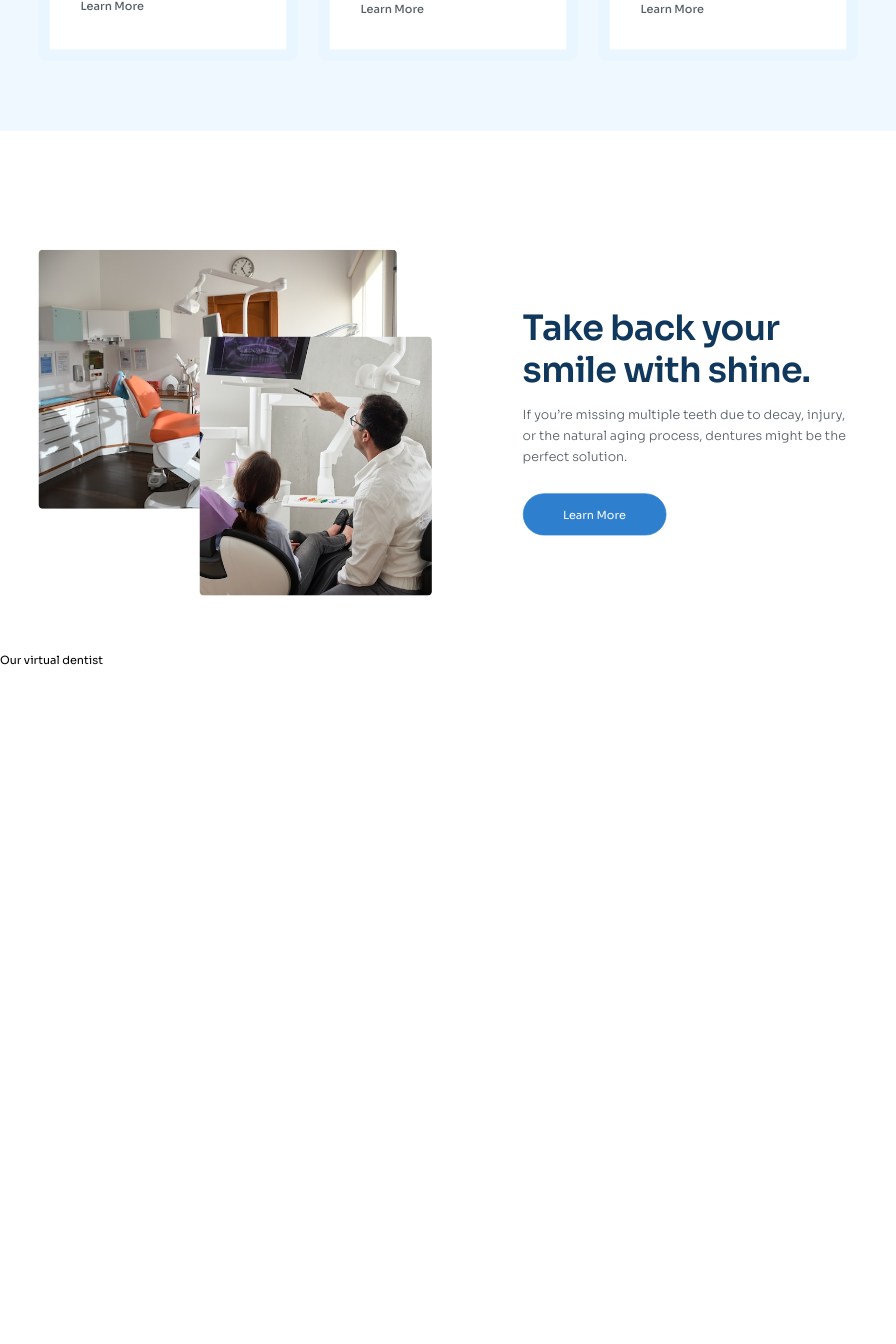
Repository: han2003dz/f8-project-03
Page: index.html
An editor plug-in stored every save of this project. The page is shown before and after the next save, followed by the edit.
The browser window is 1280 px wide. The pictures show the part of the page from y = 2517 to 4437 px (the page is 6000 px tall), at 70% of full size.

Above is the page before, as saved 2023-05-06 22:43:29.

### index.html
<!DOCTYPE html>
<html lang="en">

<head>
    <meta charset="UTF-8">
    <meta http-equiv="X-UA-Compatible" content="IE=edge">
    <meta name="viewport" content="width=device-width, initial-scale=1.0">
    <title>Shine Smile</title>
    <!-- favicon -->
    <link rel="apple-touch-icon" sizes="57x57" href="./assets/favicon/apple-icon-57x57.png">
    <link rel="apple-touch-icon" sizes="60x60" href="./assets/favicon/apple-icon-60x60.png">
    <link rel="apple-touch-icon" sizes="72x72" href="./assets/favicon/apple-icon-72x72.png">
    <link rel="apple-touch-icon" sizes="76x76" href="./assets/favicon/apple-icon-76x76.png">
    <link rel="apple-touch-icon" sizes="114x114" href="./assets/favicon/apple-icon-114x114.png">
    <link rel="apple-touch-icon" sizes="120x120" href="./assets/favicon/apple-icon-120x120.png">
    <link rel="apple-touch-icon" sizes="144x144" href="./assets/favicon/apple-icon-144x144.png">
    <link rel="apple-touch-icon" sizes="152x152" href="./assets/favicon/apple-icon-152x152.png">
    <link rel="apple-touch-icon" sizes="180x180" href="./assets/favicon/apple-icon-180x180.png">
    <link rel="icon" type="image/png" sizes="192x192" href="./assets/favicon/android-icon-192x192.png">
    <link rel="icon" type="image/png" sizes="32x32" href="./assets/favicon/favicon-32x32.png">
    <link rel="icon" type="image/png" sizes="96x96" href="./assets/favicon/favicon-96x96.png">
    <link rel="icon" type="image/png" sizes="16x16" href="./assets/favicon/favicon-16x16.png">
    <link rel="manifest" href="./assets/favicon/manifest.json">
    <meta name="msapplication-TileColor" content="#ffffff">
    <meta name="msapplication-TileImage" content="./assets/favicon/ms-icon-144x144.png">
    <meta name="theme-color" content="#ffffff">
    <!-- embed font -->
    <link rel="preconnect" href="https://fonts.googleapis.com">
    <link rel="preconnect" href="https://fonts.gstatic.com" crossorigin>
    <link href="https://fonts.googleapis.com/css2?family=Sora:wght@300;400;500;600;700&display=swap" rel="stylesheet">
    <!-- my css -->
    <link rel="stylesheet" href="/assets/css/reset.css">
    <link rel="stylesheet" href="/assets/css/style.css">
</head>

<body style="height: 6000px;">
    <header class="header">
        <div class="container">
            <!-- nav -->
            <div class="navigation">
                <a href="#!">
                    <div class="logo">
                        <span class="logo__circle"></span>
                        <span class="logo__text">
                            <span class="logo__brand">shine</span>
                            <span class="logo__brand logo__brand--small">smile</span>
                        </span>
                    </div>
                </a>
                <nav class="navbar">
                    <ul class="nav__list">
                        <li class="nav__item">
                            <a href="#!" class="nav__link nav__link--active">Home</a>
                        </li>
                        <li class="nav__item">
                            <a href="#!" class="nav__link">Services</a>
                        </li>
                        <li class="nav__item">
                            <a href="#!" class="nav__link">About</a>
                        </li>
                        <li class="nav__item">
                            <a href="#!" class="nav__link">Doctors</a>
                        </li>
                    </ul>
                </nav>
                <!-- action -->
                <div class="header-action">
                    <a href="#!" class="header-action__login">Log In</a>
                    <button href="#!" class="header-action__sign-up btn">Sign Up</button>
                </div>
            </div>
            <!-- hero -->
            <section class="hero">
                <!-- hero content -->
                <div class="hero__content">
                    <h1 class="hero__heading">Exceptional dental care for all ages.</h1>
                    <p class="hero__desc">Exceptional dental care for all ages. Your great smile begins with a great
                        dentist.</p>
                    <div class="hero__row">
                        <a href="#!" class="btn hero__btn">Book Online</a>
                        <span class="hero__phone">or call (123) 456-7890</span>
                    </div>
                </div>
                <div class="hero__media">
                    <figure class="hero__images">
                        <img src="./assets/img/img1__hero.jpg" alt="" class="hero__img">
                        <img src="./assets/img/img2__hero.jpg" alt="" class="hero__img">
                    </figure>
                </div>

            </section>
        </div>
    </header>
    <main>
        <!-- service -->
        <div class="service">
            <div class="container">
                <h2 class="section-heading">Our services</h2>
                <p class="section-desc">Exceptional dental care for all ages. Your great smile begins with a great
                    dentist.</p>
                <div class="service__row">
                    <figure>
                        <img src="./assets/img/service-img3.jpg" alt="" class="service__img">
                    </figure>
                    <div>
                        <div class="service__list">
                            <!-- item 1 -->
                            <section class="service-item">
                                <div class="service-item__icon">
                                    <!-- icon -->
                                    <svg width="22" height="24" viewBox="0 0 22 24" fill="none"
                                        xmlns="http://www.w3.org/2000/svg">
                                        <path
                                            d="M20.3598 2.63964C17.9506 -0.556131 14.2772 -0.568132 11.2481 1.10682C11.001 1.24657 10.7219 1.31411 10.4406 1.30222C10.1592 1.29033 9.88633 1.19945 9.65105 1.03931C8.49552 0.245717 7.29036 -0.316477 5.13904 0.207462C0.623408 1.3071 0 4.90379 0 8.99816C0.0797353 12.1602 0.500857 15.3032 1.25551 18.3683C2.11836 22.0168 3.90382 24 5.43354 24C6.96326 24 7.00963 22.2204 7.00963 20.8016C7.00963 19.2009 7.39505 14.8009 10.8642 14.8009C13.5317 14.8009 14.3333 18.4013 14.3333 20.8016C14.3329 23.095 15.1722 24 16.6628 24C19.5267 24 20.9796 15.3938 21.3719 13.1237C21.7642 10.8535 22.9882 6.12569 20.3598 2.63964Z"
                                            fill="currentColor" />
                                    </svg>
                                </div>
                                <div class="service-item__body">
                                    <h3 class="service-item__heading">Oral Surgery</h3>
                                    <p class="service-item__desc">
                                        Everything you expect and then some. Cleanings, fillings, and x-rays.
                                    </p>
                                </div>
                            </section>
                            <!-- item 2 -->
                            <section class="service-item">
                                <div class="service-item__icon">
                                    <!-- icon -->
                                    <svg width="22" height="24" viewBox="0 0 22 24" fill="none"
                                        xmlns="http://www.w3.org/2000/svg">
                                        <path
                                            d="M20.3598 2.63964C17.9506 -0.556131 14.2772 -0.568132 11.2481 1.10682C11.001 1.24657 10.7219 1.31411 10.4406 1.30222C10.1592 1.29033 9.88633 1.19945 9.65105 1.03931C8.49552 0.245717 7.29036 -0.316477 5.13904 0.207462C0.623408 1.3071 0 4.90379 0 8.99816C0.0797353 12.1602 0.500857 15.3032 1.25551 18.3683C2.11836 22.0168 3.90382 24 5.43354 24C6.96326 24 7.00963 22.2204 7.00963 20.8016C7.00963 19.2009 7.39505 14.8009 10.8642 14.8009C13.5317 14.8009 14.3333 18.4013 14.3333 20.8016C14.3329 23.095 15.1722 24 16.6628 24C19.5267 24 20.9796 15.3938 21.3719 13.1237C21.7642 10.8535 22.9882 6.12569 20.3598 2.63964Z"
                                            fill="currentColor" />
                                    </svg>
                                </div>
                                <div class="service-item__body">
                                    <h3 class="service-item__heading">Wisdom Teeth Removal</h3>
                                    <p class="service-item__desc">
                                        Everything you expect and then some. Cleanings, fillings, and x-rays.
                                    </p>
                                </div>
                            </section>
                            <!-- item 3 -->
                            <section class="service-item">
                                <div class="service-item__icon">
                                    <!-- icon -->
                                    <svg width="22" height="24" viewBox="0 0 22 24" fill="none"
                                        xmlns="http://www.w3.org/2000/svg">
                                        <path
                                            d="M20.3598 2.63964C17.9506 -0.556131 14.2772 -0.568132 11.2481 1.10682C11.001 1.24657 10.7219 1.31411 10.4406 1.30222C10.1592 1.29033 9.88633 1.19945 9.65105 1.03931C8.49552 0.245717 7.29036 -0.316477 5.13904 0.207462C0.623408 1.3071 0 4.90379 0 8.99816C0.0797353 12.1602 0.500857 15.3032 1.25551 18.3683C2.11836 22.0168 3.90382 24 5.43354 24C6.96326 24 7.00963 22.2204 7.00963 20.8016C7.00963 19.2009 7.39505 14.8009 10.8642 14.8009C13.5317 14.8009 14.3333 18.4013 14.3333 20.8016C14.3329 23.095 15.1722 24 16.6628 24C19.5267 24 20.9796 15.3938 21.3719 13.1237C21.7642 10.8535 22.9882 6.12569 20.3598 2.63964Z"
                                            fill="currentColor" />
                                    </svg>
                                </div>
                                <div class="service-item__body">
                                    <h3 class="service-item__heading">Preventative Dentistry</h3>
                                    <p class="service-item__desc">
                                        Everything you expect and then some. Cleanings, fillings, and x-rays.
                                    </p>
                                </div>
                            </section>
                        </div>
                        <a href="" class="btn service__btn">All Services</a>
                    </div>
                </div>
            </div>
        </div>
        <section class="work">
            <div class="container">
                <h2 class="section-heading heading__work">How it works</h2>
                <p class="section-desc desc__work">Exceptional dental care for all ages. Your great smile begins with a
                    great dentist.
                </p>
                <div class="work__list">
                    <!-- item 1 -->
                    <section class="work-item">
                        <img src="./assets/icon/search.svg" alt="" class="work-item__icon">
                        <h3 class="work-item__heading">Search doctor</h3>
                        <p class="work-item__desc">Search a doctor by education, qualifications or experience-contact
                            for inquiry.
                        </p>
                        <a href="#!" class="learn-more">Learn More</a>
                    </section>
                    <!-- item 2 -->
                    <section class="work-item">
                        <img src="./assets/icon/search-user.svg" alt="" class="work-item__icon">
                        <h3 class="work-item__heading">Find best doctor</h3>
                        <p class="work-item__desc">Search a doctor by education, qualifications or experience-contact
                            for inquiry.
                        </p>
                        <a href="#!" class="learn-more">Learn More</a>
                    </section>
                    <!-- item 3 -->
                    <section class="work-item">
                        <img src="./assets/icon/bag.svg" alt="" class="work-item__icon">
                        <h3 class="work-item__heading">Get treatment</h3>
                        <p class="work-item__desc">Search a doctor by education, qualifications or experience-contact
                            for inquiry.
                        </p>
                        <a href="#!" class="learn-more">Learn More</a>
                    </section>
                </div>
            </div>
        </section>
        <!-- feature -->
        <section class="feature">
            <div class="container">
                <div class="feature-body">
                    <div class="feature__media">
                        <figure class="feature__images">
                            <img src="./assets/img/feature-img1.jpg" alt="" class="feature__img">
                            <img src="./assets/img/feature-img2.jpg" alt="" class="feature__img">
                        </figure>
                    </div>
                    <section class="feature__content">
                        <h2 class="section-heading">Take back your smile with shine.</h2>
                        <p class="section-desc">If you’re missing multiple teeth due to decay, injury, or the natural aging
                            process, dentures might be the perfect solution.
                        </p>
                        <a href="#!" class="btn feature__cta">Learn More</a>
                    </section>
                </div>
            </div>
        </section>
        <section class="member">
            <h2 class="member__heading">Our virtual dentist</h2>
        </section>
    </main>
    <script src="./assets/app.js"></script>
</body>

</html>

### assets/css/style.css
* {
  box-sizing: border-box;
}
html {
  font-size: 62.5%;
}
body {
  font-size: 1.6rem;
  font-family: "Sora", sans-serif;
}
/* common */
.container {
  width: 1170px;
  max-width: calc(100% - 48px);
  margin: 0 auto;
}
.navigation {
  display: flex;
  justify-content: space-between;
  align-items: center;
}
a {
  text-decoration: none;
}
:root {
  --header-bg: #10375c;
  --primary-color: #2e80ce;
  --height-btn: 60px;
}
.nav__link,
.header-action__login {
  padding: 5px 14px;
  font-size: 1.6rem;
  font-weight: 300;
  color: #c9d2da;
}
.header-action__login:hover,
.nav__link:hover,
.nav__link--active {
  text-shadow: 1px 0 0 #fff;
}
.btn {
  display: inline-block;
  min-width: 205px;
  height: var(--height-btn);
  padding: 0 20px;
  border: 1px solid var(--primary-color);
  line-height: var(--height-btn);
  border-radius: 999px;
  font-weight: 400;
  font-size: 1.6rem;
  text-align: center;
  color: #fff;
  background: var(--primary-color);
}
.btn:hover {
  opacity: 0.9;
  cursor: pointer;
}
/* header */
.header {
  padding-top: 30px;
  padding-bottom: 100px;
  min-height: 100vh;
  background: var(--header-bg);
}

.logo {
  /* 1em = 10px */
  font-size: 1rem;
  position: relative;
  display: inline-flex;
  align-items: center;
}
.logo__circle::before,
.logo__circle::after {
  display: inline-block;
  content: "";
  border-radius: 50%;
}
.logo__circle::before {
  width: 3em;
  height: 3em;
  background: var(--primary-color);
}
.logo__circle::after {
  width: 1.6em;
  height: 1.6em;
  background: #fff;
  position: absolute;
  top: 1.1em;
  left: 1.1em;
}
.logo__text {
  margin-left: 0.6em;
  text-align: right;
  line-height: 1.6em;
}
.logo__brand {
  display: block;
  font-weight: 400;
  font-size: 1.8em;
  color: #fff;
}
.logo__brand--small {
  font-size: 1.2em;
  font-weight: 300;
}
/* navbar */
.navbar .nav__list {
  display: flex;
}
.nav__link {
  padding: 5px 21px;
}
.nav__link--active {
  pointer-events: none;
}
.nav__link--active::before {
  position: relative;
  left: -8px;
  bottom: 2px;
  content: "";
  display: inline-block;
  width: 6px;
  height: 6px;
  background: #fff;
  border-radius: 50%;
}
/* header-action */
.header-action {
  display: flex;
  align-items: center;
}
.header-action__login {
  margin-right: 7px;
}
.header-action__sign-up {
  min-width: 120px;
}
/* hero */
.hero {
  display: flex;
  margin-top: 76px;
  align-items: center;
}
.hero__content {
  /* giải quyết vấn đề co nhỏ */
  flex-shrink: 0;
  width: 44%;
}
.hero__media {
  flex-grow: 1;
}
.hero__heading {
  font-weight: 600;
  font-size: 7rem;
  line-height: 1.14;
  /* or 114% */
  letter-spacing: -0.02em;
  color: #ffffff;
}
.hero__desc {
  font-weight: 300;
  font-size: 1.8rem;
  line-height: 1.67;
  /* or 167% */
  color: #c9d2da;
  margin-top: 22px;
  margin-bottom: 38px;
}
.hero__phone {
  font-weight: 400;
  font-size: 1.8rem;
  line-height: 1.67;
  color: #fff;
}
.hero__row {
  display: flex;
  align-items: center;
  gap: 38px;
}
.hero__images {
  display: flex;
  align-items: center;
  justify-content: flex-end;
}
.hero__img {
  width: 330px;
  height: 500px;
  border-radius: 6px;
  object-fit: cover;
}
.hero__img:last-child {
  width: 210px;
  height: 400px;
}
/* service */
.service {
  padding: 170px 0;
}
.section-heading,
.section-desc {
  text-align: center;
}
.section-heading {
  font-weight: 600;
  font-size: 5rem;
  line-height: 1.2;
  /* identical to box height, or 120% */
  letter-spacing: -0.02em;
  color: #10375c;
  margin-bottom: 18px;
}
.section-desc {
  font-weight: 300;
  font-size: 1.8rem;
  line-height: 1.67;
  /* or 167% */
  margin: 0 auto;
  color: #575f66;
  max-width: 468px;
}
.service__row {
  margin-top: 70px;
  display: flex;
  justify-content: space-between;
  align-items: center;
}
.service__img {
  width: 570px;
  height: 570px;
  object-fit: cover;
  border-radius: 12px;
}
.service-item {
  display: flex;
  max-width: 420px;
  height: 128px;
  background: #ffffff;
  border-radius: 10px;
  align-items: center;
}
.service-item:hover {
  box-shadow: 0px 14px 28px rgba(0, 0, 0, 0.05);
  border-radius: 10px;
  cursor: pointer;
  position: relative;
}
.service-item:hover .service-item__icon {
  background: #2e80ce;
  box-shadow: 0px 8px 16px rgba(40, 155, 222, 0.15);
  color: #fff;
}
.service-item__heading {
  font-weight: 600;
  font-size: 1.8rem;
  line-height: 1.27;
  /* identical to box height */
  color: #10375c;
  margin-bottom: 8px;
}
.service-item__desc {
  font-weight: 300;
  font-size: 1.6rem;
  line-height: 1.75;
  /* or 175% */
  color: #575f66;
  max-width: 308px;
}
.service-item__icon {
  display: flex;
  justify-content: center;
  align-items: center;
  margin-right: 19px;
  margin-left: 22px;
  flex-shrink: 0;
  width: 60px;
  height: 60px;
  border-radius: 50%;
  background: #eff6fd;
  box-shadow: 0px 8px 16px rgba(0, 0, 0, 0.05);
  color: #10375c;
}
.service-item__body {
  margin-left: 20px;
}
.service__btn {
  margin-top: 55px;
}
/* work */
.work {
  padding: 100px 0;
  background: #f0f8ff;
}
.heading__work,
.desc__work {
  text-align: left;
  margin: 0;
}
.desc__work {
  margin-top: 18px;
}
.work__list {
  display: grid;
  grid-template-columns: repeat(3, 1fr);
  margin-top: 70px;
  column-gap: 30px;
}
.work-item {
  padding: 44px;
  border-radius: 12px;
  border: 16px solid #eaf6ff;
  background: #fff;
  transition: 0.25s;
}
.work-item:hover {
  border: 16px solid var(--primary-color);
  transform: translateY(-16px);
}
.work-item__heading {
  margin-top: 18px;
  font-weight: 600;
  font-size: 2.6rem;
  line-height: 1.38;
  /* identical to box height, or 138% */
  color: var(--header-bg);
}
.work-item__desc,
.learn-more {
  margin-top: 28px;
  font-weight: 300;
  font-size: 16px;
  line-height: 28px;
  /* or 175% */
  color: #575f66;
}
.learn-more {
  display: inline-block;
  margin-top: 20px;
  font-weight: 500;
}
.learn-more:hover {
  font-weight: 600;
  color: #2e80ce;
  transition: 0.2s;
  transform: translateY(-3px);
}

/* feature */
.feature {
  margin-top: 85px;
  padding: 85px 0;
}
.feature-body {
  display: flex;
  column-gap: 130px;
}
.feature__media {
  width: 48%;
}
.feature__images {
  position: relative;
  padding: 0 58px 121px 0;
}
.feature__img {
  width: 512px;
  height: 370px;
  border-radius: 6px;
  object-fit: cover;
}
.feature__img:last-child {
  width: 332px;
  position: absolute;
  right: 0;
  bottom: 0;
}
.section-heading {
  font-size: 5rem;
  line-height: 1.2;
}
.feature__content .section-heading,
.feature__content .section-desc {
  text-align: left;
  margin: 0;
}
.feature__content .section-heading{
  margin-top: 82px;
}
.feature__content .section-desc{
  margin-top: 18px;
}
.feature__cta {
  margin-top: 38px;
}
/* member */

### assets/app.js
const navItems = document.querySelectorAll(".nav__link");
function handleClickNav(event){
    [...navItems].forEach(item => item.classList.remove("nav__link--active"));
    event.target.classList.add("nav__link--active");
    console.log(event.target);
}
[...navItems].forEach(item => item.addEventListener("click", handleClickNav));

Loaded but not shown: assets/css/reset.css (common file)

After the next save:
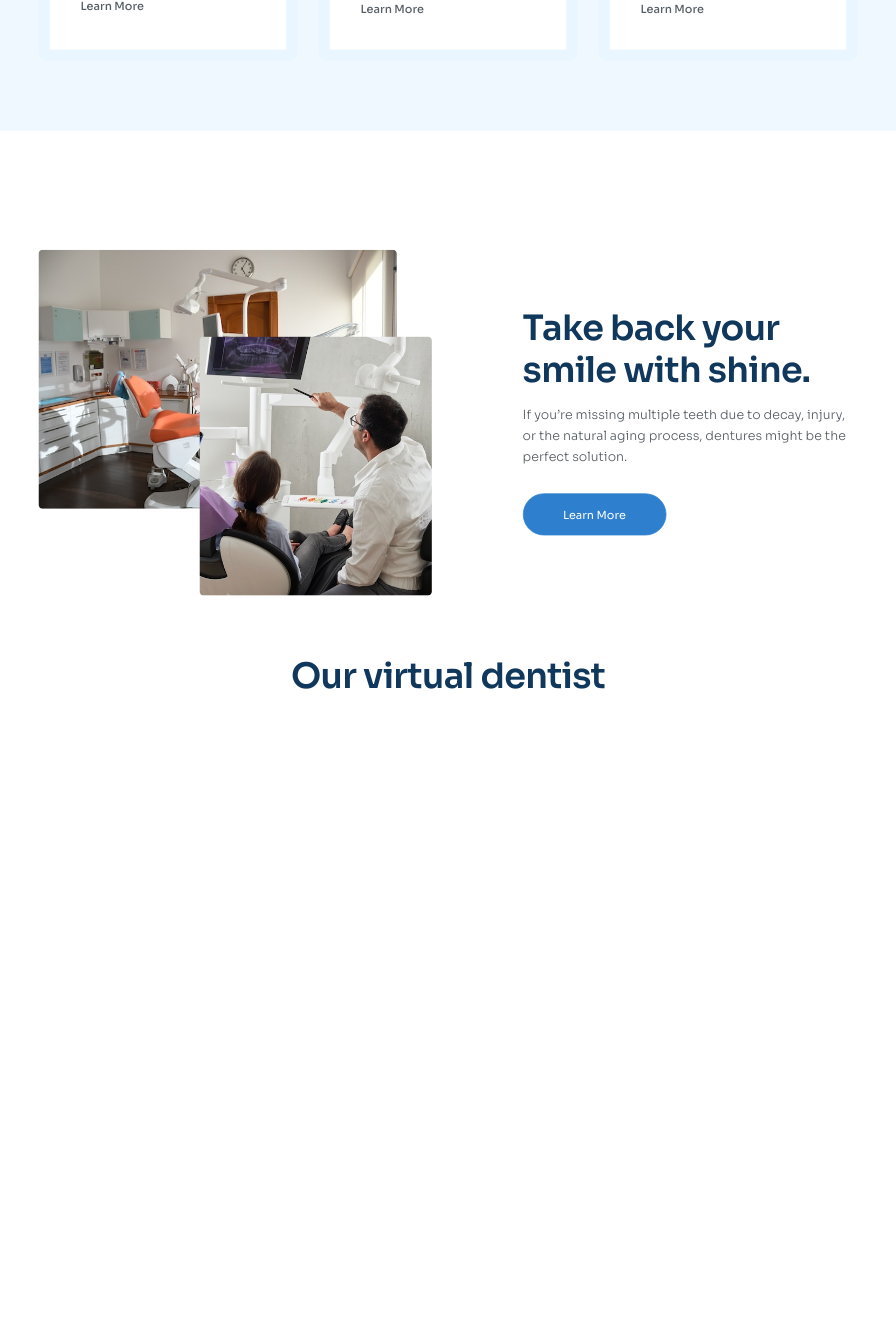
Saved 13 s later.
--- a/index.html
+++ b/index.html
@@ -222,7 +222,7 @@
             </div>
         </section>
         <section class="member">
-            <h2 class="member__heading">Our virtual dentist</h2>
+            <h2 class="section-heading">Our virtual dentist</h2>
         </section>
     </main>
     <script src="./assets/app.js"></script>
